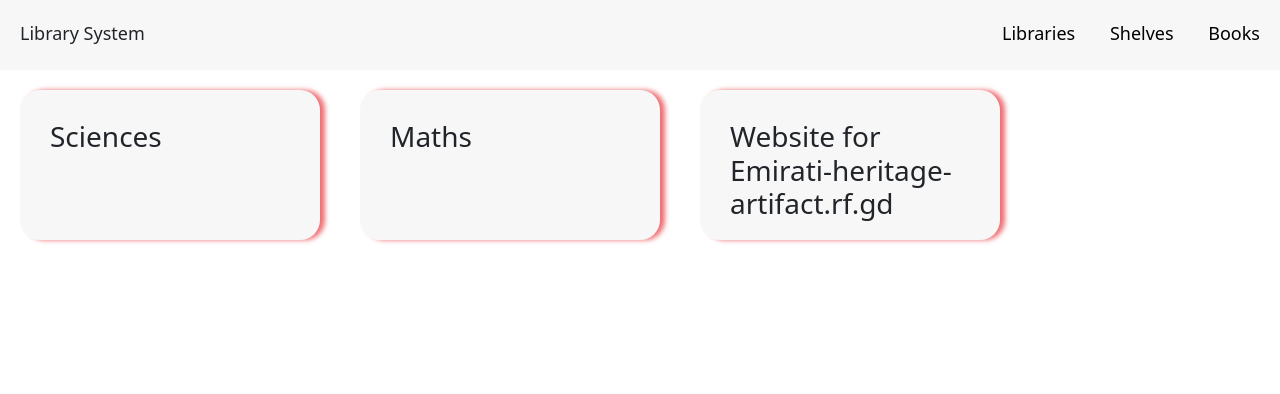
Repository: Mbote-Joseph/Library-Shelves-Books-Managements
Page: http://localhost/shelf
An editor plug-in stored every save of this project. The page is shown before and after the next save, followed by the edit.
The browser window is 1280 px wide. The pictures show the whole page.
The page is served by the project's application, run on Django 5.2 (manage.py). Other server files are loaded and not shown. The page reads the database file committed with the project.

Above is the page before, as saved 2025-12-30 19:32:23.

### books/templates/books/shelf_view.html
{% extends "base.html" %}

{% block title %}
    Shelves List
{% endblock %}


{% block content %}
    <div class="cards">
    {% for shelf in shelves %}
        <div class="shelf">
            <h3> {{shelf.label}} </h3>
        </div>
    {% endfor %}
    </div>
{% endblock %}

### static/templates/base.html
{% load static %}
<!doctype html>
<html lang="en">
  <head>
    <meta charset="utf-8">
    <meta name="viewport" content="width=device-width, initial-scale=1">
    <title>
        {% block title %}

        {% endblock %}
    </title>
    <link href="https://cdn.jsdelivr.net/npm/bootstrap@5.3.8/dist/css/bootstrap.min.css" rel="stylesheet" integrity="sha384-sRIl4kxILFvY47J16cr9ZwB07vP4J8+LH7qKQnuqkuIAvNWLzeN8tE5YBujZqJLB" crossorigin="anonymous">
    <link rel="stylesheet" type='text/css' href="{% static 'css/styles.css' %}">
  </head>
  <body>
    <nav class="nav">
      <span> Library System </span>
      <span>
        <ul>
          <a href="{% url 'libraries' %}"> Libraries </a>
          <a href="{% url 'shelves' %}"> Shelves </a>
          <a href="{% url 'books' %}"> Books </a>
        </ul>
      </span>

    </nav>

    {% block content %}

    {% endblock %}


    <script src="https://cdn.jsdelivr.net/npm/bootstrap@5.3.8/dist/js/bootstrap.bundle.min.js" integrity="sha384-FKyoEForCGlyvwx9Hj09JcYn3nv7wiPVlz7YYwJrWVcXK/BmnVDxM+D2scQbITxI" crossorigin="anonymous"></script>
  </body>
</html>

### books/models.py
from django.db import models

# Create your models here.
class Library(models.Model):
    name = models.CharField(max_length=50)
    students_capacity = models.IntegerField()
    location = models.CharField(max_length=100)
    created_on = models.DateTimeField(auto_now_add=True)

    def __str__(self):
        return f"{self.name} - {self.location}"

class Shelf(models.Model):
    label = models.CharField(max_length=50)
    books_capacity = models.CharField()
    library = models.ForeignKey(Library, on_delete=models.CASCADE)
    created_on = models.DateTimeField(auto_now_add=True)

    def __str__(self):
        return f"{self.label} On {self.library} Library"

class Book(models.Model):
    title = models.CharField(max_length=100)
    author = models.CharField(max_length=100)
    isbn = models.CharField(max_length=10)
    description = models.TextField()
    is_published = models.BooleanField(default=False)
    is_new = models.BooleanField(default=False)
    shelf = models.ForeignKey(Shelf, on_delete=models.CASCADE)

    def __str__(self):
        return f"{self.title} By {self.author}"

### books/views.py
from django.shortcuts import render
from django.views.generic import ListView, DetailView

from .models import Library, Shelf, Book

# Create your views here.
class LibraryListView(ListView):
    model = Library
    context_object_name = "libraries"
    queryset = Library.objects.all()
    template_name = 'books/library_view.html'

class ShelfListView(ListView):
    model = Shelf
    context_object_name = "shelves"
    queryset = Shelf.objects.all()
    template_name = 'books/shelf_view.html'


class BookListView(ListView):
    model = Book
    context_object_name = "books"
    queryset = Book.objects.all()
    template_name = 'books/book_view.html'

class LibraryDetailView(DetailView):
    model = Library
    context_object_name = 'library'
    template_name = "books/library_detailview.html"

### learn/urls.py
"""
URL configuration for learn project.

The `urlpatterns` list routes URLs to views. For more information please see:
    https://docs.djangoproject.com/en/6.0/topics/http/urls/
Examples:
Function views
    1. Add an import:  from my_app import views
    2. Add a URL to urlpatterns:  path('', views.home, name='home')
Class-based views
    1. Add an import:  from other_app.views import Home
    2. Add a URL to urlpatterns:  path('', Home.as_view(), name='home')
Including another URLconf
    1. Import the include() function: from django.urls import include, path
    2. Add a URL to urlpatterns:  path('blog/', include('blog.urls'))
"""
from django.contrib import admin
from django.urls import path, include

urlpatterns = [
    path('admin/', admin.site.urls),
    path('', include('books.urls'))
]

### books/urls.py
from django.urls import path

from books.views import BookListView, LibraryDetailView, LibraryListView, ShelfListView

urlpatterns = [
    path('', LibraryListView.as_view(), name = 'libraries'),
    path('shelf', ShelfListView.as_view(), name = 'shelves'),
    path('book', BookListView.as_view(), name="books"),
    path("library-details/<int:pk>", LibraryDetailView.as_view(), name="library.details")

]

### static/css/styles.css
/**
 * Copyright 2025 josephmbote
 *
 * Licensed under the Apache License, Version 2.0 (the "License");
 * you may not use this file except in compliance with the License.
 * You may obtain a copy of the License at
 *
 *     https://www.apache.org/licenses/LICENSE-2.0
 *
 * Unless required by applicable law or agreed to in writing, software
 * distributed under the License is distributed on an "AS IS" BASIS,
 * WITHOUT WARRANTIES OR CONDITIONS OF ANY KIND, either express or implied.
 * See the License for the specific language governing permissions and
 * limitations under the License.
 */

.nav{
    left: 0;
    top: 0;
    width: 100%;
    background-color: #f7f7f7;
    font-size: large;
    font-style: 'Times New Roman';
    height: 70px;
    padding: 20px;
    display: flex;
    justify-content: space-between;
}
.nav a{
    margin-left: 30px;
    text-decoration: none;
    color: black;
}

.library {
    width: 300px;
    /* min-width: 200px; */
    height: 200px;
    /* max-height: 400px; */
    background-color: #f7f7f7;
    box-shadow: 5px 0 5px 0 #ee6e73;
    border: none;
    margin: 20px;
    padding: 30px;
    border-radius: 20px;
}

.cards{
    display: flex;
}

.shelf {
    width: 300px;
    /* min-width: 200px; */
    height: 150px;
    /* max-height: 400px; */
    background-color: #f7f7f7;
    box-shadow: 5px 0 5px 0 #ee6e73;
    border: none;
    margin: 20px;
    padding: 30px;
    border-radius: 20px;
}

### db.sqlite3 (the tables this page reads, as SQL)
CREATE TABLE "books_shelf" ("id" integer NOT NULL PRIMARY KEY AUTOINCREMENT, "label" varchar(50) NOT NULL, "books_capacity" varchar NOT NULL, "created_on" datetime NOT NULL, "library_id" bigint NOT NULL REFERENCES "books_library" ("id") DEFERRABLE INITIALLY DEFERRED);
INSERT INTO "books_shelf" VALUES
(1, 'Sciences', '1000', '2025-12-29 22:43:06.109364', 1),
(2, 'Maths', '500', '2025-12-30 11:05:21.466271', 3),
(3, 'Website for Emirati-heritage-artifact.rf.gd', '1000', '2025-12-31 18:53:06.133470', 1);

After the next save:
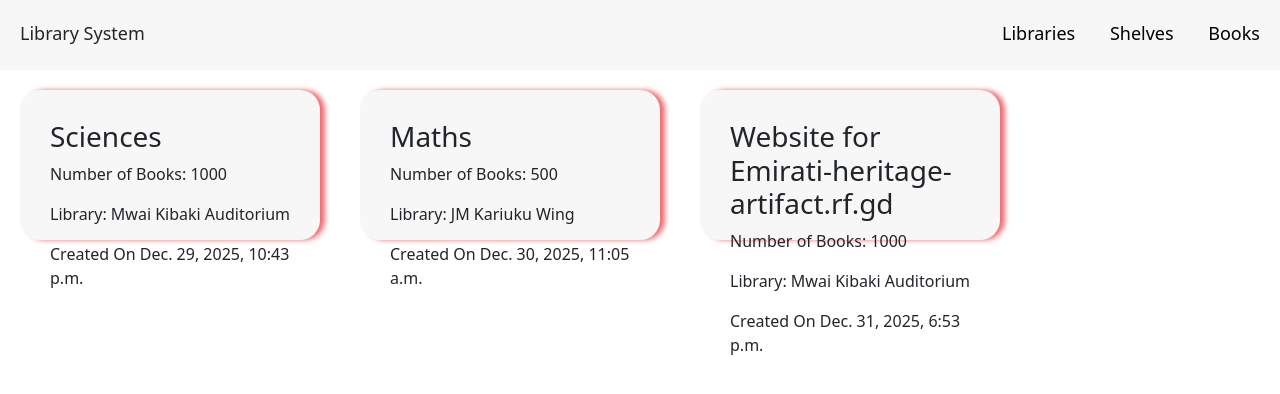
Saved 2 min 59 s later.
--- a/books/templates/books/shelf_view.html
+++ b/books/templates/books/shelf_view.html
@@ -10,6 +10,9 @@
     {% for shelf in shelves %}
         <div class="shelf">
             <h3> {{shelf.label}} </h3>
+            <p> Number of Books:  {{shelf.books_capacity}} </p>
+            <p> Library:  {{shelf.library.name}} </p>
+            <p> Created On {{shelf.created_on}} </p>
         </div>
     {% endfor %}
     </div>
